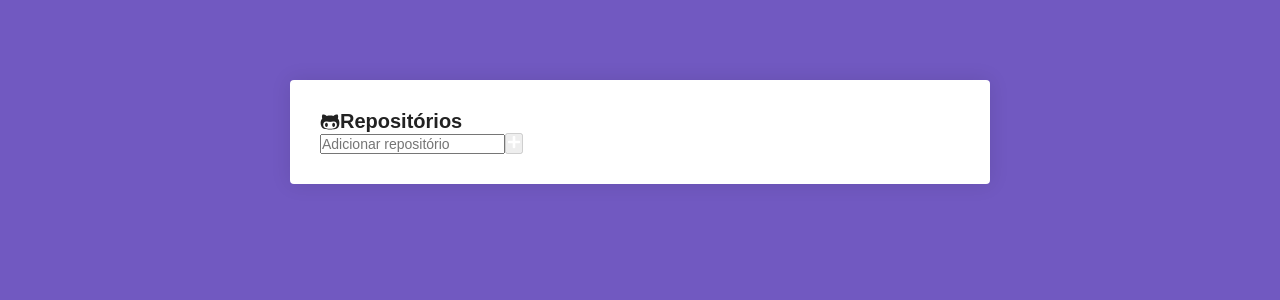
Repository: renanalves/github-repository
Page: /
An editor plug-in stored every save of this project. The page is shown before and after the next save, followed by the edit.
The browser window is 1280 px wide. The pictures show the whole page.
The project was rebuilt for these pictures with package versions that can differ from the ones it lists, and the page was loaded fresh each time. Also part of the build but not shown: src/pages/Repository/index.js.

Above is the page before, as saved 2020-03-13 11:07:14.

After the next save:
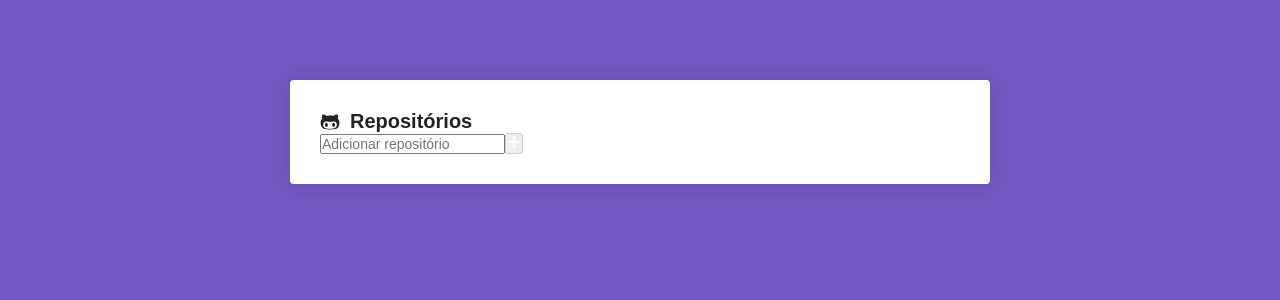
Saved 37 s later.
--- a/src/pages/Main/styles.js
+++ b/src/pages/Main/styles.js
@@ -13,6 +13,10 @@ export const Container = styled.div`
     display: flex;
     flex-direction: row;
     align-items: center;
+
+    svg {
+      margin-right: 10px;
+    }
   }
 `;
 
